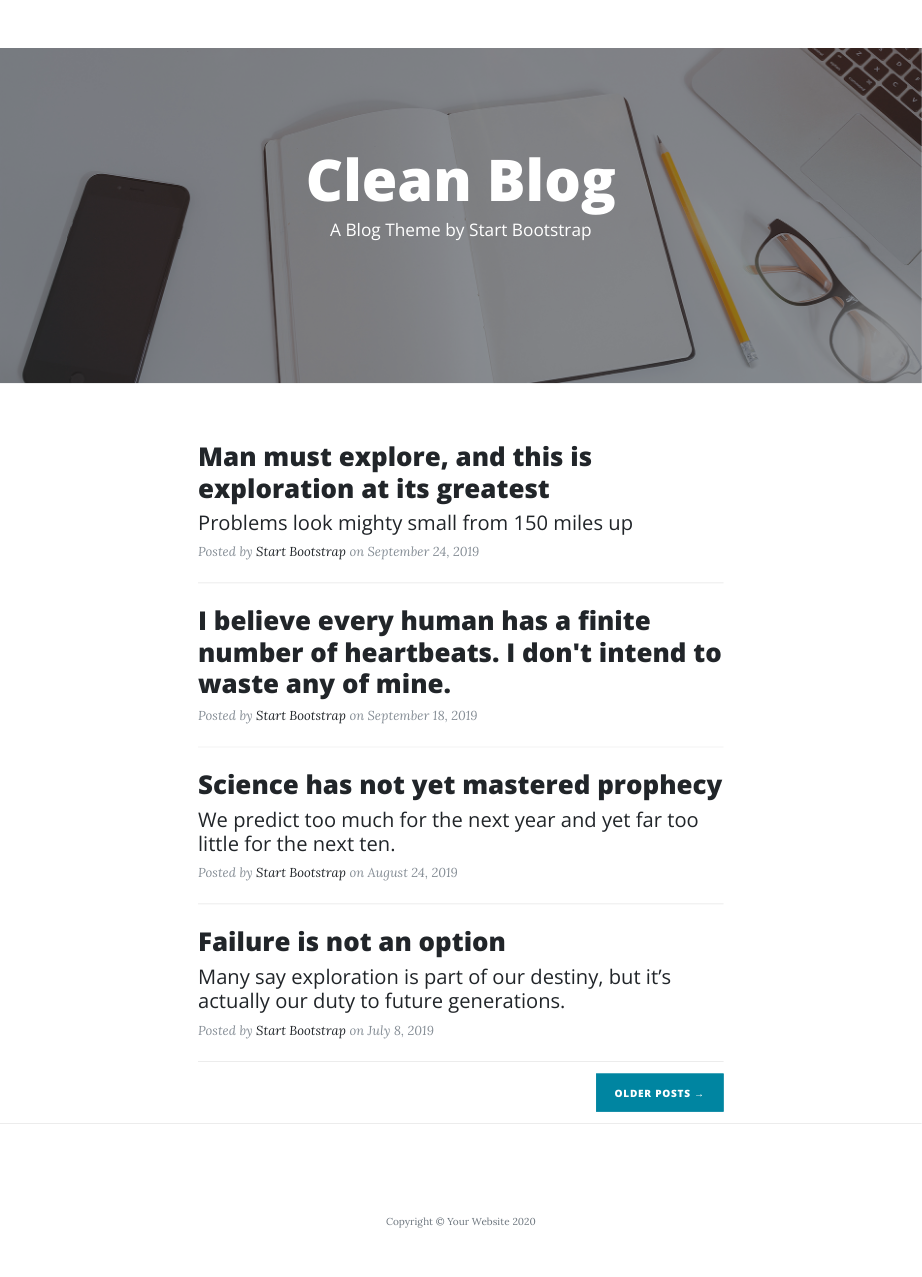
Repository: elvinyeka/elvin-blog
Page: http://localhost/
The author's editor kept a copy of each file at every save. The page is drawn from the files as they stood at one save, then again after the next save.
The browser window is 1280 px wide. The pictures show the whole page, at 72% of full size.
The page is served by the project's application, run on Flask 3 (CLEANBLOG/__init__.py).

Above is the page before, as saved 2020-10-18 00:36:41.
Not found: static/all.min.css

After the next save:
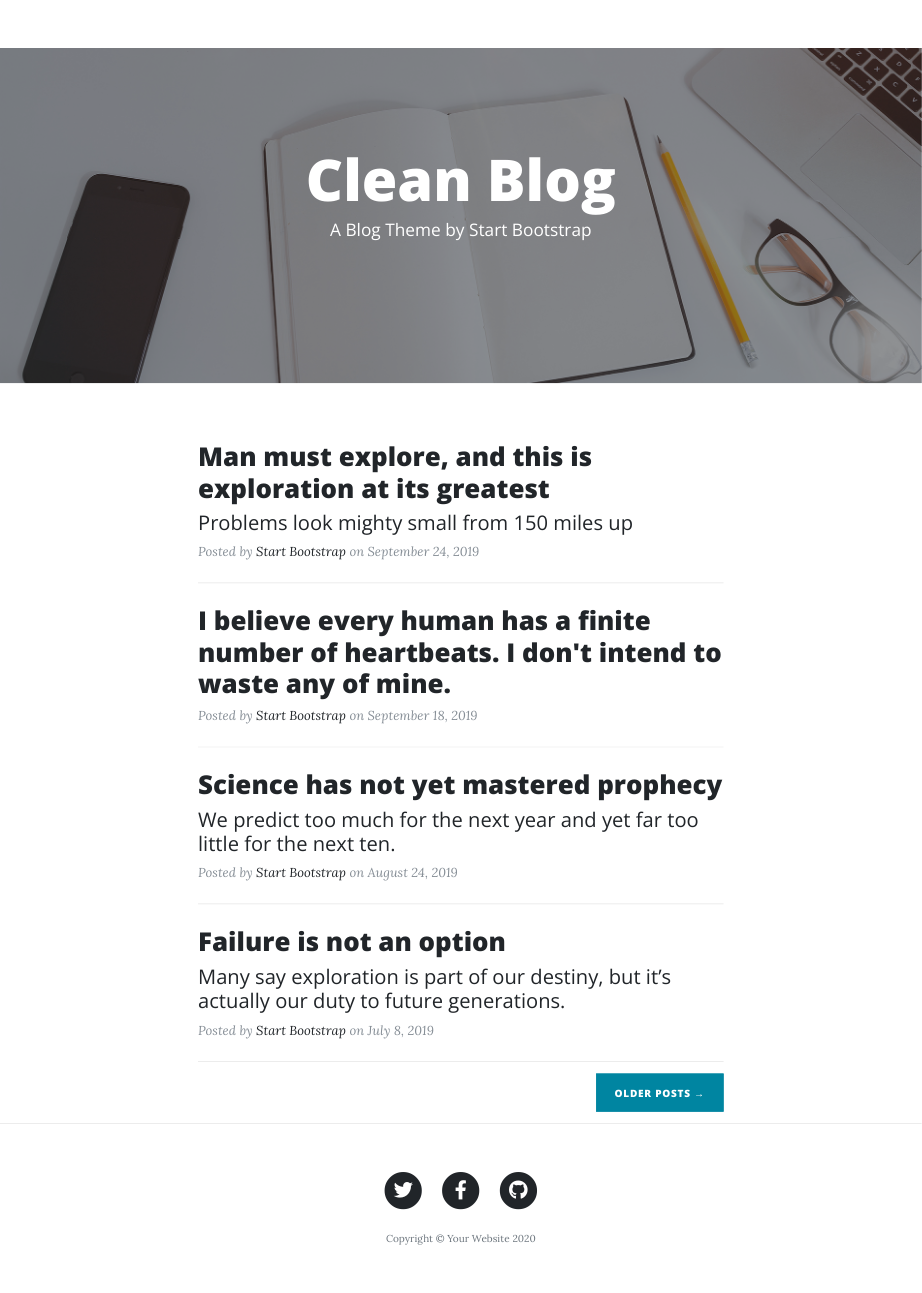
Saved 2 min 38 s later.
--- a/CLEANBLOG/templates/base.html
+++ b/CLEANBLOG/templates/base.html
@@ -16,7 +16,7 @@
     <link href="{{url_for('static', filename='bootstrap.min.css')}}" rel="stylesheet">
 
     <!-- Custom fonts for this template -->
-    <link href="/static/all.min.css" rel="stylesheet" type="text/css">
+    <link href="/static/css/all.min.css" rel="stylesheet" type="text/css">
     <link href='https://fonts.googleapis.com/css?family=Lora:400,700,400italic,700italic' rel='stylesheet' type='text/css'>
     <link href='https://fonts.googleapis.com/css?family=Open+Sans:300italic,400italic,600italic,700italic,800italic,400,300,600,700,800' rel='stylesheet' type='text/css'>
 
